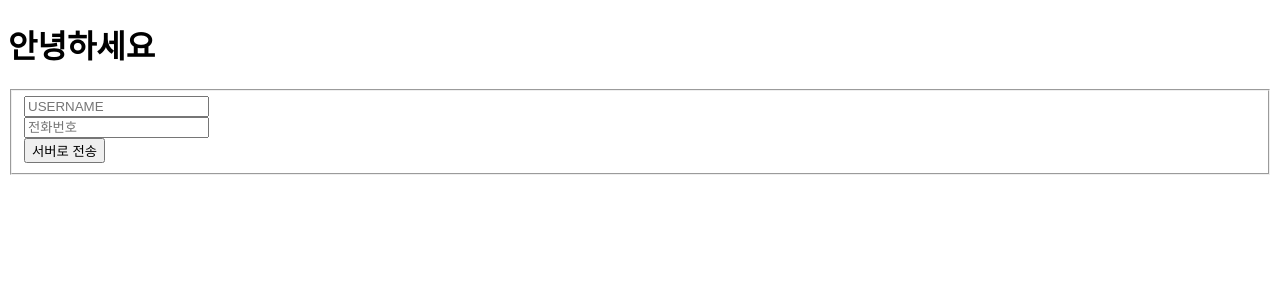
Repository: witchbroom/Biz_Spring_2022_505
Page: http://localhost/SpMVC_003_SchoolV4/
The author's editor kept a copy of each file at every save. The page is drawn from the files as they stood at one save, then again after the next save.
The browser window is 1280 px wide. The pictures show the whole page.
The page is served by Tomcat 9.

Above is the page before, as saved 2022-05-03 05:03:14.

After the next save:
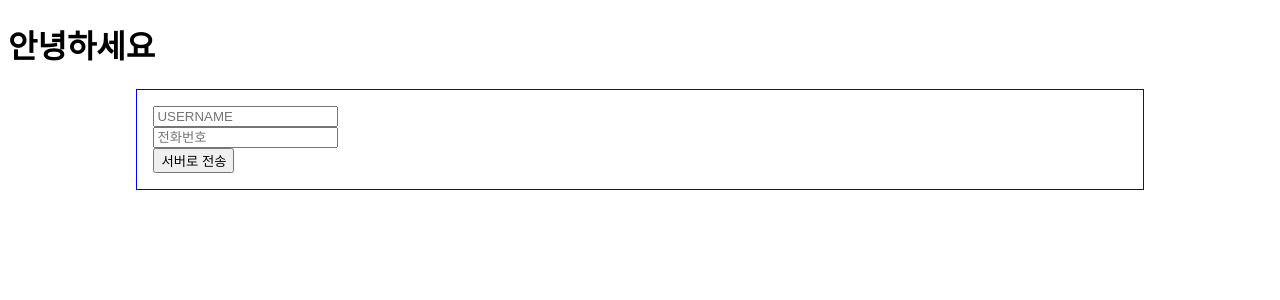
Saved 88 s later.
--- a/SpMVC_003_SchoolV4/src/main/webapp/WEB-INF/views/home.jsp
+++ b/SpMVC_003_SchoolV4/src/main/webapp/WEB-INF/views/home.jsp
@@ -7,6 +7,19 @@
 <head>
 <meta charset="UTF-8">
 <title>Insert title here</title>
+<style>
+form{
+width:80%;
+margin:20px auto;
+}
+fieldset{
+border:1px solid blue;
+padding: 1rem;
+}
+form div{
+width:80%;
+}
+</style>
 </head>
 <body>
 	<h1>안녕하세요</h1>
@@ -16,7 +29,6 @@
 		<div><input name="tel" placeholder="전화번호"></div>
 		<button>서버로 전송</button>
 	</fieldset>
-
 	</form>
 </body>
 </html>
